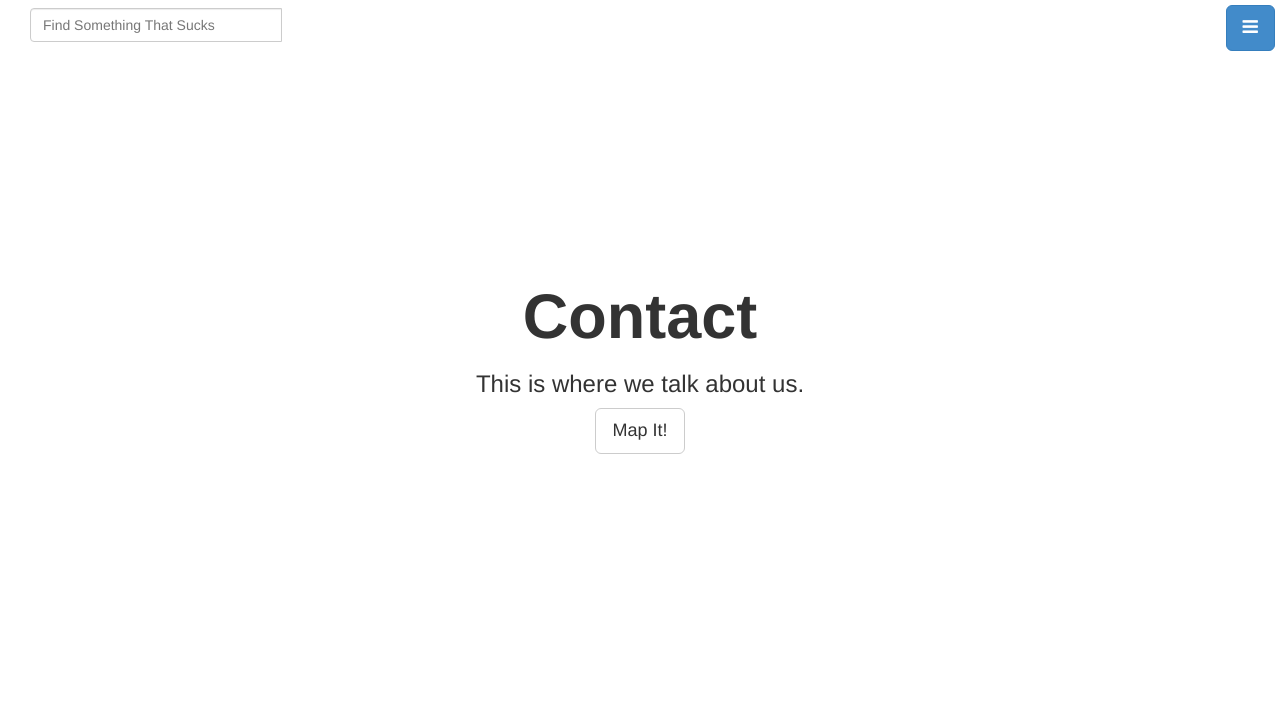
Repository: rajisreehari/sr
Page: http://localhost/SRWeb/WEB-INF/views/sr/contact.jsp
These files come from the project's save history. The page is drawn as it stood at one moment and after the next save; the edit follows.
The browser window is 1280 px wide. The pictures show the part of the page from y = 0 to 728 px (the page is 1647 px tall before and 1659 px after).
Pictures or frames that could not be fetched are drawn as grey boxes. Backgrounds fixed to the window are drawn as part of the page. The page is served by Tomcat 9. Nobody is signed in. The template is opened directly, without the code that normally fills it, so the values that code supplies are empty.

Above is the page before, as saved 2014-07-16 16:34:58.

After the next save:
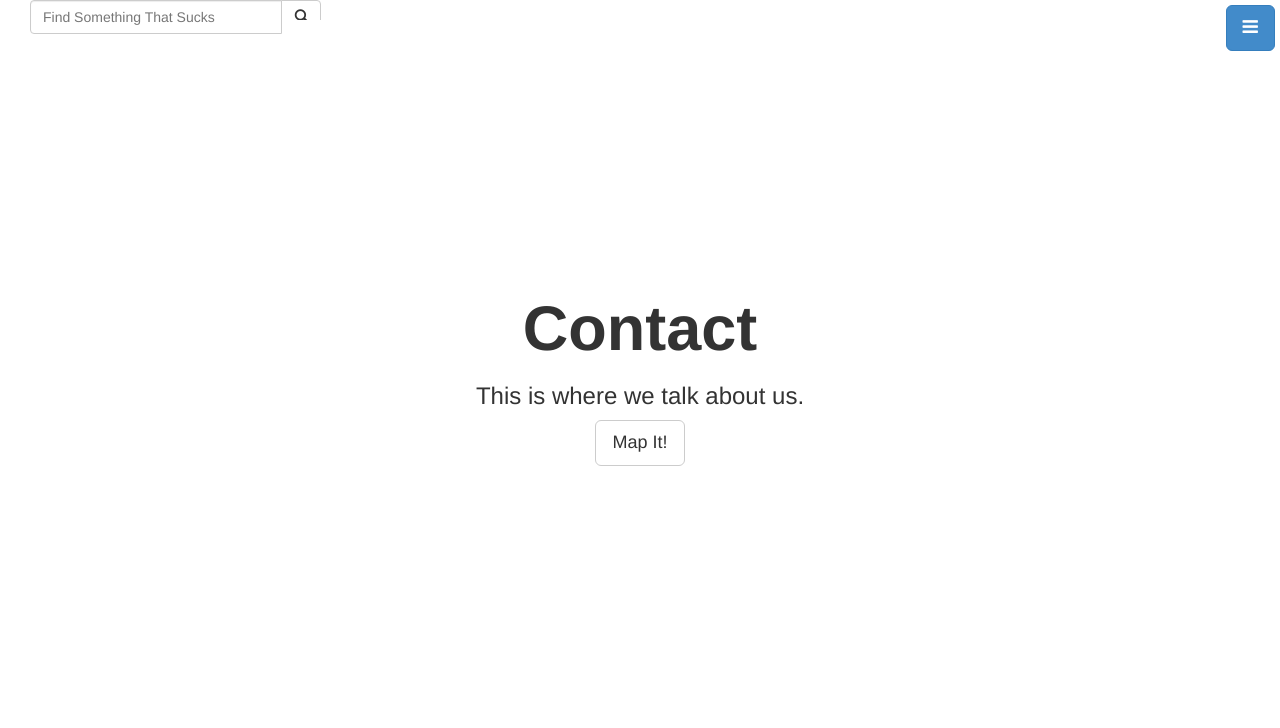
Saved 36 s later.
--- a/SRWeb/WebContent/WEB-INF/views/common/sidemenu.jsp
+++ b/SRWeb/WebContent/WEB-INF/views/common/sidemenu.jsp
@@ -21,13 +21,13 @@
         </ul>
     </div>
     <div class="col-sm-3 col-md-3 pull-left">
-            <form class="navbar-form" role="search" method="post" modelAttribute="person">
+            <form:form class="navbar-form" role="search" method="post" modelAttribute="person">
                 <div id="myCoolDiv" class="input-group">
                     <input type="text" class="form-control" placeholder="Find Something That Sucks" name="q">
                     <div class="input-group-btn">
                         <button class="btn btn-default" type="submit"><i class="glyphicon glyphicon-search"></i></button>
                     </div>
                 </div>
-            </form>
+            </form:form>
         </div>
     <!-- /Side Menu -->
